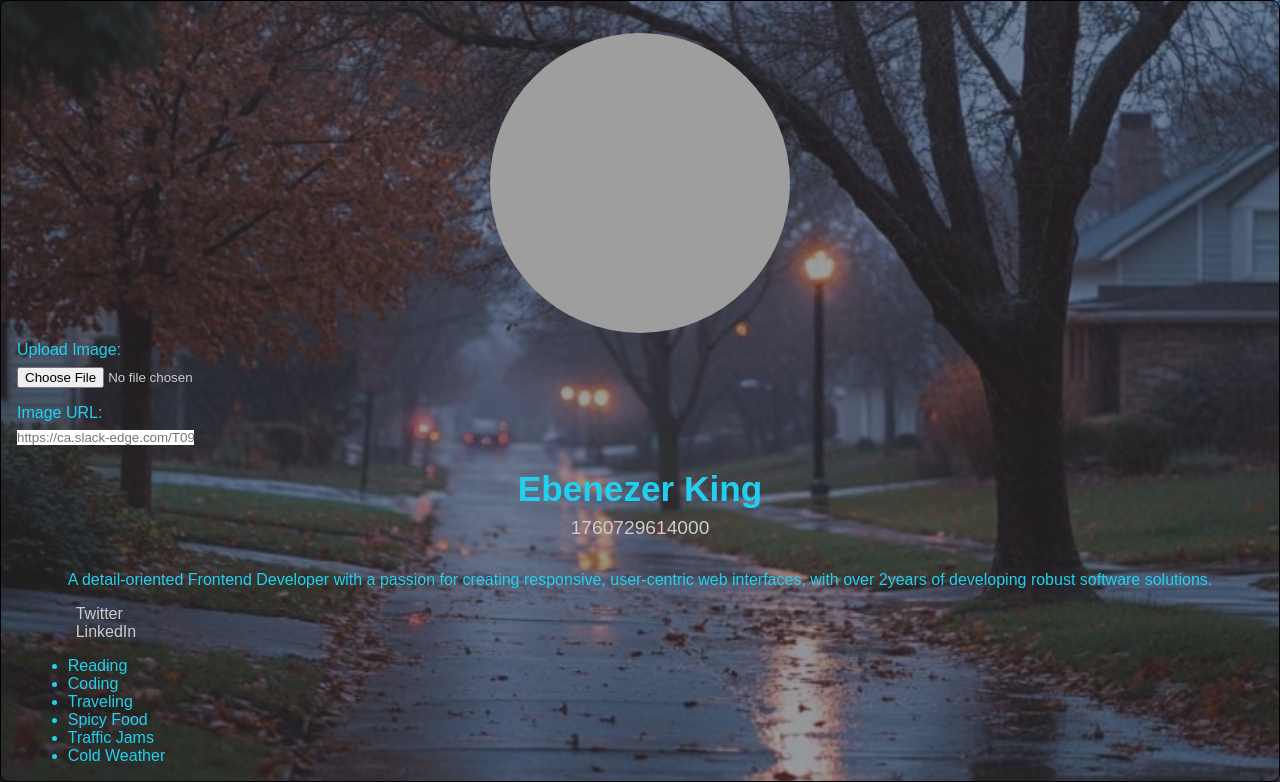
Repository: ebenezertiewei/profileCard
Page: index.html
The author's editor kept a copy of each file at every save. The page is drawn from the files as they stood at one save, then again after the next save.
The browser window is 1280 px wide. The pictures show the whole page.
Pictures or frames that could not be fetched are drawn as grey boxes.

Above is the page before, as saved 2025-10-17 23:17:00.

### index.html
<!DOCTYPE html>
<html lang="en">
	<head>
		<meta charset="UTF-8" />
		<meta name="viewport" content="width=device-width, initial-scale=1.0" />
		<title>Profile Card</title>
		<link rel="stylesheet" href="style.css" />
	</head>
	<body>
		<!--------------------------------- PROFILE CARD CONTAINER ---------------------------->
		<article data-testid="test-profile-card">
			<!---------------------------------- PROFILE HEADER ---------------------------->
			<section id="profileHeader">
				<figure>
					<img
						src="https://ca.slack-edge.com/T09AMR8A9C3-U09L73CQQ2K-7e805defcf15-512"
						alt="Profile Avatar"
						data-testid="test-user-avatar"
						id="profileAvatar"
					/>
					<!-- <figcaption>Ebenezer King</figcaption> -->
				</figure>
				<section class="imageUploadMethods">
					<!-- image upload -->
					<label for="avatarUpload">Upload Image:</label>
					<input type="file" id="avatarUpload" accept="image/*" />
					<!-- image url -->
					<label for="avatarUrl">Image URL:</label>
					<input
						type="url"
						id="avatarUrl"
						placeholder="https://ca.slack-edge.com/T09AMR8A9C3-U09L73CQQ2K-7e805defcf15-512"
					/>
				</section>
				<h2 data-testid="test-user-name">Ebenezer King</h2>
				<!----------- current time----------->
				<p data-testid="test-user-time"></p>
			</section>
			<!---------------------------------- PROFILE DETAILS ---------------------------->
			<section id="profileDetails">
				<p data-testid="test-user-bio">
					A detail-oriented Frontend Developer with a passion for creating
					responsive, user-centric web interfaces, with over 2years of
					developing robust software solutions.
				</p>
				<!--------------------- social links ------------->
				<nav data-testid="test-user-social-links">
					<ul>
						<li>
							<a
								href="https://x.com/txch_king?s=11&t=o3w1r65yzU2hxbP-LDD1ug"
								target="_blank"
								rel="noopener noreferrer"
								data-testid="test-user-social-twitter"
							>
								Twitter
							</a>
						</li>
						<li>
							<a
								href="https://www.linkedin.com/in/ebenezer-t-093b21320/"
								target="_blank"
								rel="noopener noreferrer"
								data-testid="test-user-social-linkedin"
							>
								LinkedIn
							</a>
						</li>
					</ul>
				</nav>
				<!--------------------- hobbies ------------->
				<section data-testid="test-user-hobbies">
					<h2></h2>
					<ul>
						<li>Reading</li>
						<li>Coding</li>
						<li>Traveling</li>
					</ul>
				</section>
				<!--------------------- dislikes ------------->
				<section data-testid="test-user-dislikes">
					<ul>
						<li>Spicy Food</li>
						<li>Traffic Jams</li>
						<li>Cold Weather</li>
					</ul>
				</section>
			</section>
		</article>

		<!-- javascript link -->
		<script src="script.js"></script>
	</body>
</html>

### style.css
/* ---------------------------------------------------------------- */
/*--------------- Project body general style ---------------*/
html {
	width: 100dvw;
	font-family: Arial, sans-serif;
	font-size: 1rem;
	font-weight: 400;
}
body {
	background-color: #605a5a;
	background-image: url("./assets/states.jpg");
	background-size: cover;
	background-position: center;
	background-repeat: no-repeat;
	/* height: 100%; */
	width: 100%;
}
* {
	padding: 0;
	margin: 0;
	border: 0;
	box-sizing: border-box;
}

/*--------------------------MOBILE WORKFLOW---------------------*/
/*--------------profile card container -------------------*/
article[data-testid="test-profile-card"] {
	/* height: 100%; */
	width: 100%;
	padding: 1rem;
	background-color: rgba(61, 58, 58, 0.5);
	color: rgb(33, 208, 239);
	display: flex;
	flex-direction: column;
	align-items: center;
	border: 1px solid #020202;
	border-radius: 8px;
	box-shadow: 0 2px 4px rgba(0, 0, 0, 0.1);
}

/*-------------  PROFILE HEADER  -------------*/
#profileHeader {
	width: 100%;
	display: flex;
	flex-direction: column;
	padding: 1rem 0;
	/* background-color: orange; */
}
#profileHeader figure {
	display: flex;
	flex-direction: column;
	align-items: center;
	margin-bottom: 0.5rem;
}
/*------------- profile header image -------------*/
#profileHeader img {
	border-radius: 50%;
	width: 300px;
	height: 300px;
	object-fit: cover;
}
/* -------------imageUploadMethods------------ */
.imageUploadMethods {
	display: flex;
	flex-direction: column;
	align-items: start;
}

.imageUploadMethods label {
	margin-bottom: 0.5rem;
}
.imageUploadMethods input {
	margin-bottom: 1rem;
}
#avatarUpload {
	color: #ccc;
}
#avatarUrl {
	color: #ccc;
}
/*--------------profile name --------------*/
#profileHeader h2 {
	display: flex;
	justify-content: center;
	margin: 0.5rem 0;
	font-size: 2.2rem;
	font-weight: 600;
}
/*-------------- current time --------------*/
#profileHeader p[data-testid="test-user-time"] {
	display: flex;
	justify-content: center;
	/* margin: 0.3rem 0; */
	margin-bottom: 1rem;
	font-size: 1.2rem;
	color: #ccc;
}
/*--------------  PROFILE DETAILS  --------------*/
#profileDetails p[data-testid="test-user-bio"] {
	/* text-align: center; */
	margin-bottom: 1rem;
}
/* ------------------ social links --------------- */
#profileDetails nav[data-testid="test-user-social-links"] {
	display: flex;
	flex-direction: column;
	justify-content: center;
	margin-bottom: 1rem;
	/* background-color: red; */
}
#profileDetails nav[data-testid="test-user-social-links"] ul {
	list-style: none;
}
#profileDetails nav[data-testid="test-user-social-links"] li {
	margin: 0 0.5rem;
}
#profileDetails nav[data-testid="test-user-social-links"] a {
	color: #ccc;
	text-decoration: none;
}
#profileDetails nav[data-testid="test-user-social-links"] a:hover {
	text-decoration: underline;
}

### script.js
// --------------------------------------------------------------------------
// ------------------- current time in milliseconds ----------
window.addEventListener("DOMContentLoaded", () => {
	const timeElement = document.querySelector('[data-testid="test-user-time"]');

	function updateTime() {
		const currentTime = Date.now();
		timeElement.textContent = currentTime;
	}

	updateTime();
	setInterval(updateTime, 1000);
});

// --------------------------------------------------------------------------
// ------------------- avatar image upload and image url upload ----------
window.addEventListener("DOMContentLoaded", () => {
	const avatarImg = document.getElementById("profileAvatar");
	const avatarImgUpload = document.getElementById("avatarUpload");
	const urlImgUpload = document.getElementById("avatarUrl");

	// Update avatar when a file is uploaded
	avatarImgUpload.addEventListener("change", (event) => {
		const file = event.target.files[0];
		if (file) {
			const imageUrl = URL.createObjectURL(file);
			avatarImg.src = imageUrl;

			// optional: revoke URL later to free memory
			avatarImg.onload = () => URL.revokeObjectURL(imageUrl);
		}
	});

	// Update avatar when a URL is entered
	urlImgUpload.addEventListener("input", () => {
		const url = urlImgUpload.value.trim();
		if (url) {
			avatarImg.src = url;
		}
	});
});

After the next save:
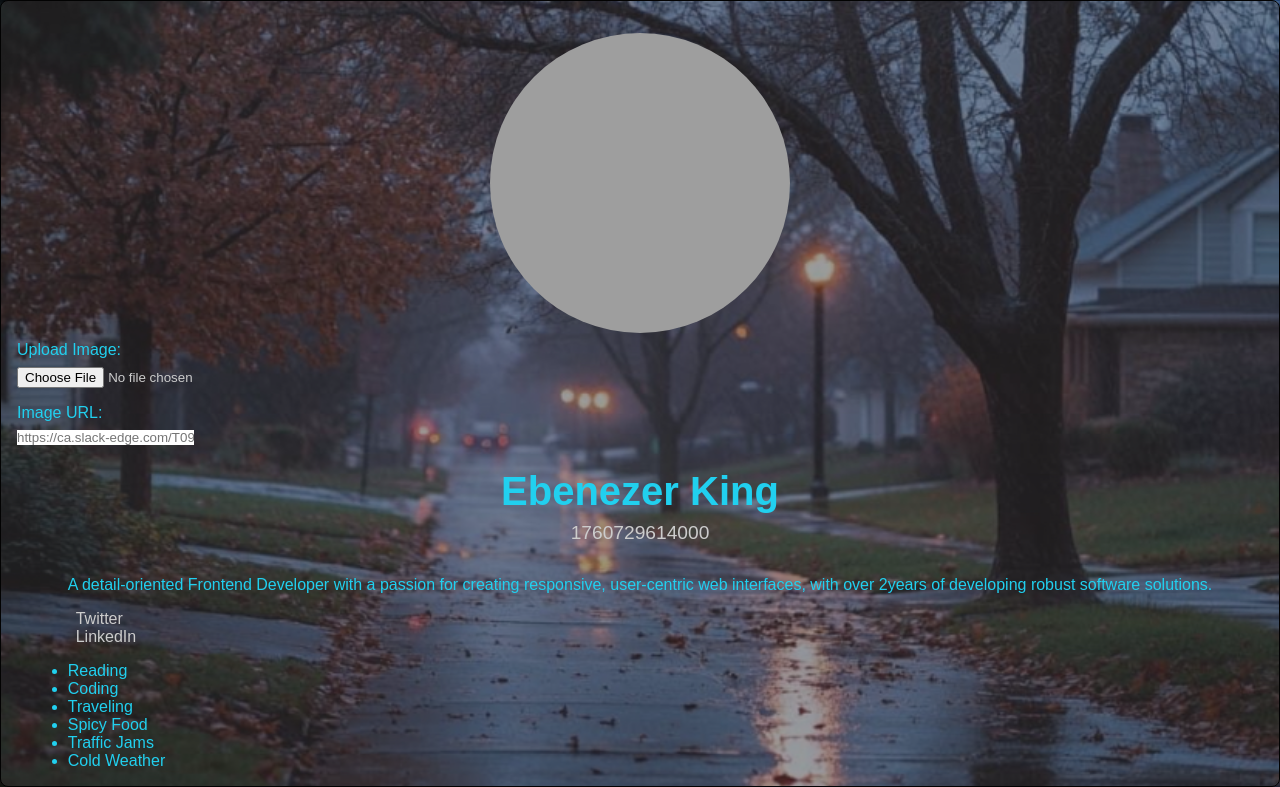
Saved 7 s later.
--- a/style.css
+++ b/style.css
@@ -83,7 +83,7 @@ article[data-testid="test-profile-card"] {
 	display: flex;
 	justify-content: center;
 	margin: 0.5rem 0;
-	font-size: 2.2rem;
+	font-size: 2.5rem;
 	font-weight: 600;
 }
 /*-------------- current time --------------*/
